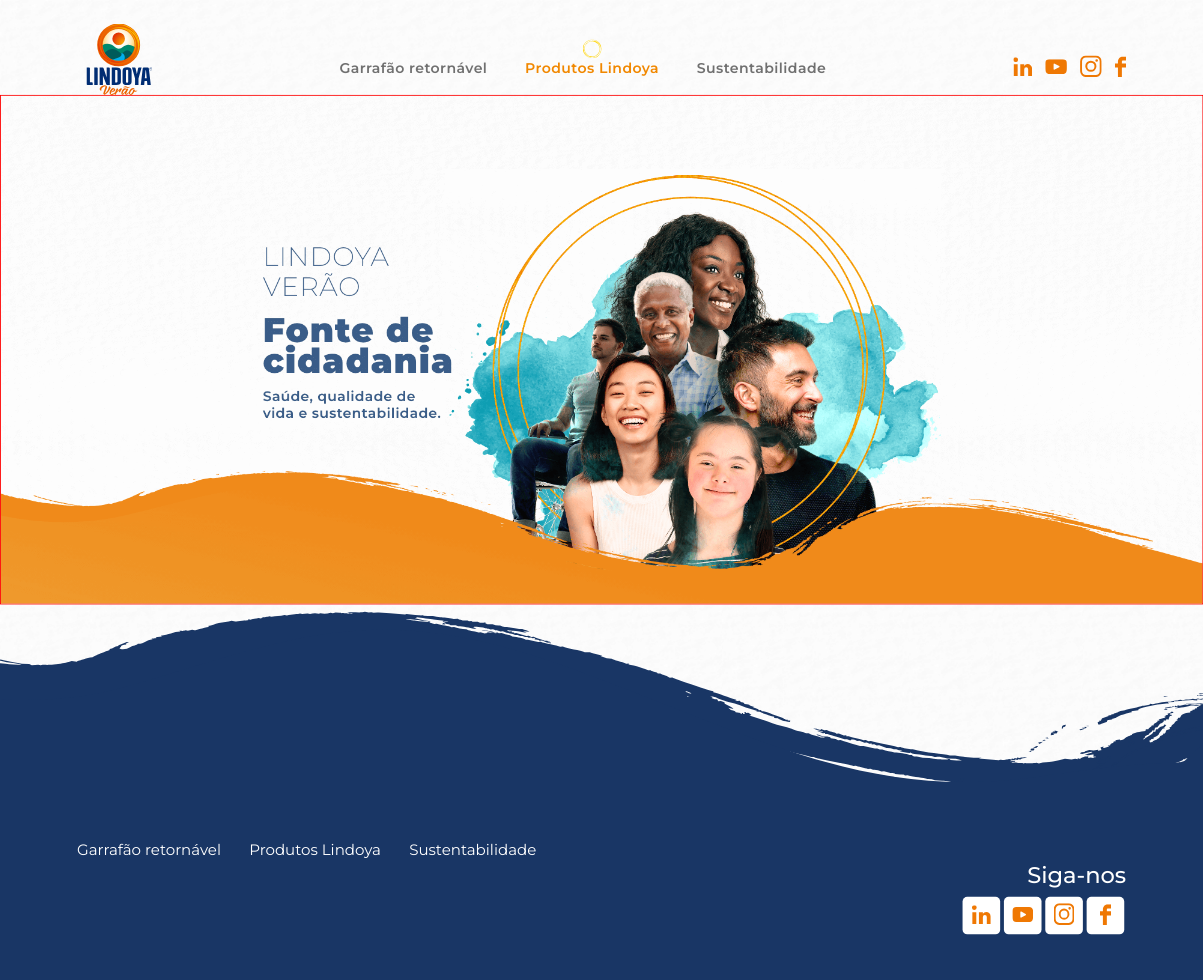
Repository: ItamarLourenco/lindoya-catalogo
Page: index.html
The author's editor kept a copy of each file at every save. The page is drawn from the files as they stood at one save, then again after the next save.
The browser window is 1280 px wide. The pictures show the whole page, at 94% of full size.

Above is the page before, as saved 2023-02-08 19:44:34.

After the next save:
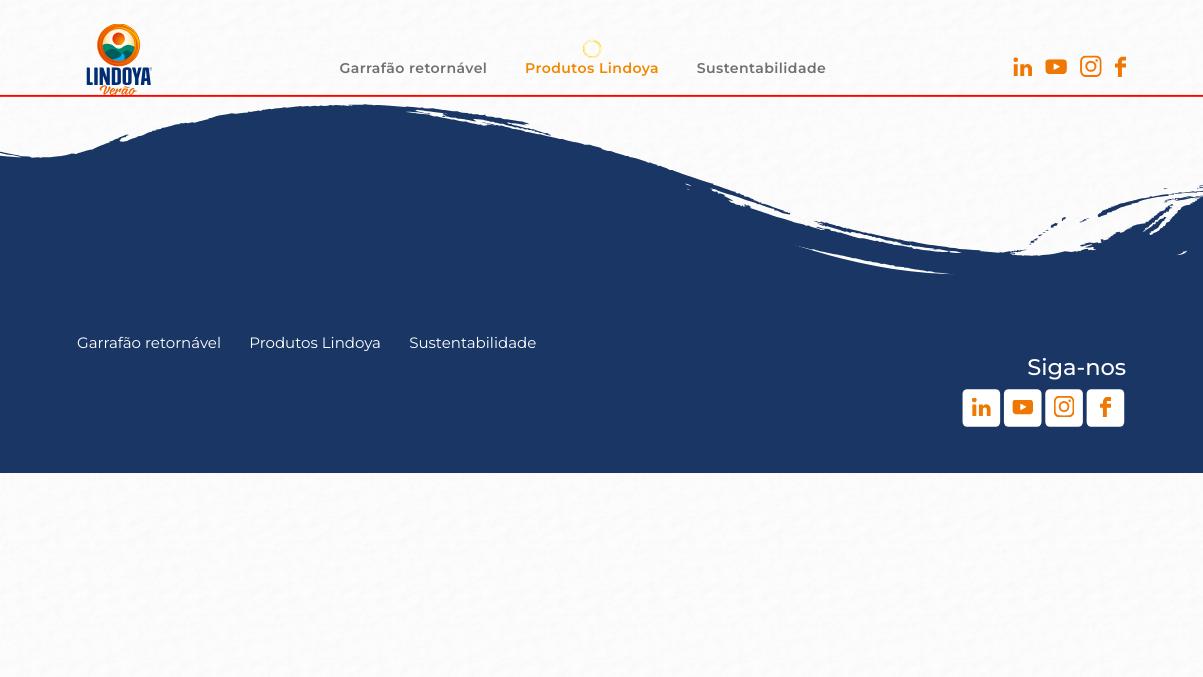
Saved 5 s later.
--- a/index.html
+++ b/index.html
@@ -44,7 +44,7 @@
   </header>
 
   <section class="banner">
-    <img class="img-fluid banner__desktop" src="assets/images/banner.png" />
+
   </section>
 
   <footer class="footer">
